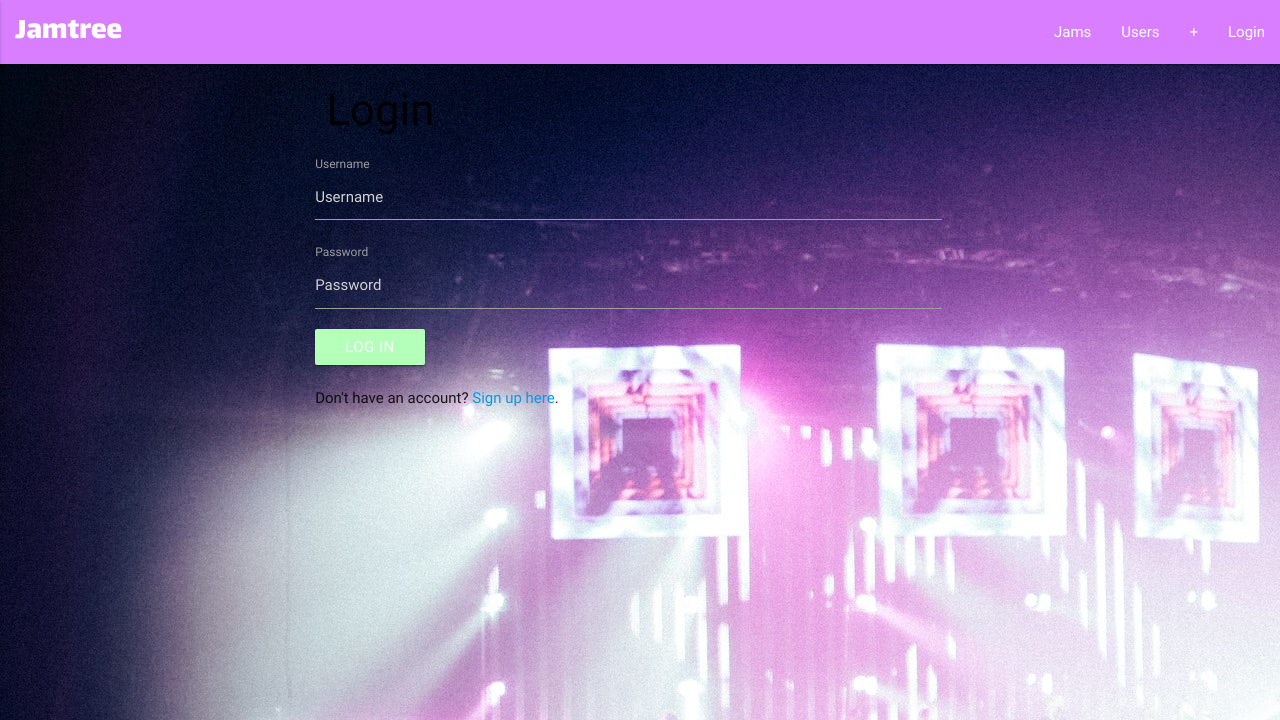
Repository: EdShackleton/milestone-project-3
Page: http://localhost/login
The author's editor kept a record of every edit. The page is drawn from the files as they stood at one moment, then again after the next edit.
The browser window is 1280 px wide. The pictures show the whole page.
Some web libraries are served in a nearby version. The page is served by the project's application, run on Flask 3 (app.py). Style sheets and scripts are compiled from the project's sources, by tool versions that may differ from the author's.

Above is the page before.

After the next edit:
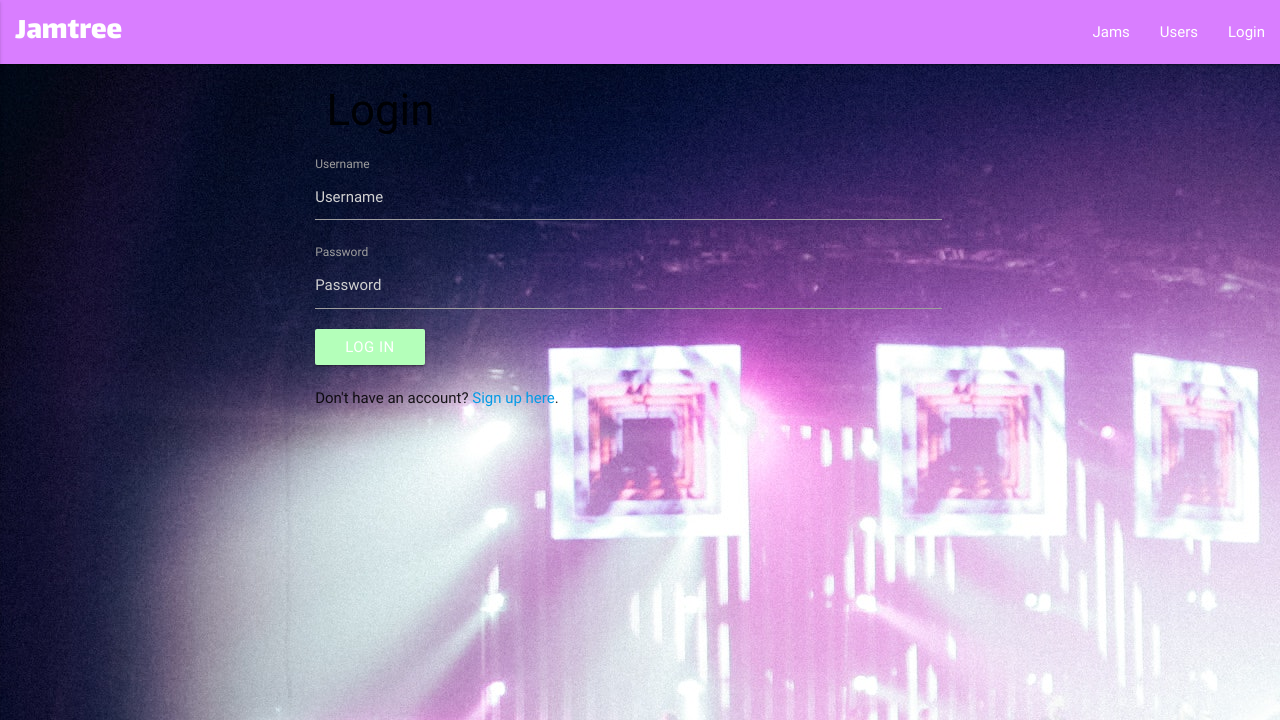
The edit:
--- a/templates/base.html
+++ b/templates/base.html
@@ -21,7 +21,7 @@
                         <li id="username"><strong>{{ username }}</strong></li>
                         <li><a href="{{ url_for('get_jams') }}">Jams</a></li>
                         <li><a href="{{ url_for('get_users') }}">Users</a></li>
-                        <li><a href="{{ url_for('add_jam') }}">+</a></li>
+
                         {% if user_logged_in %}
                         <li><a href="{{ url_for('login') }}">Logout</a></li>
                         {% else %}
